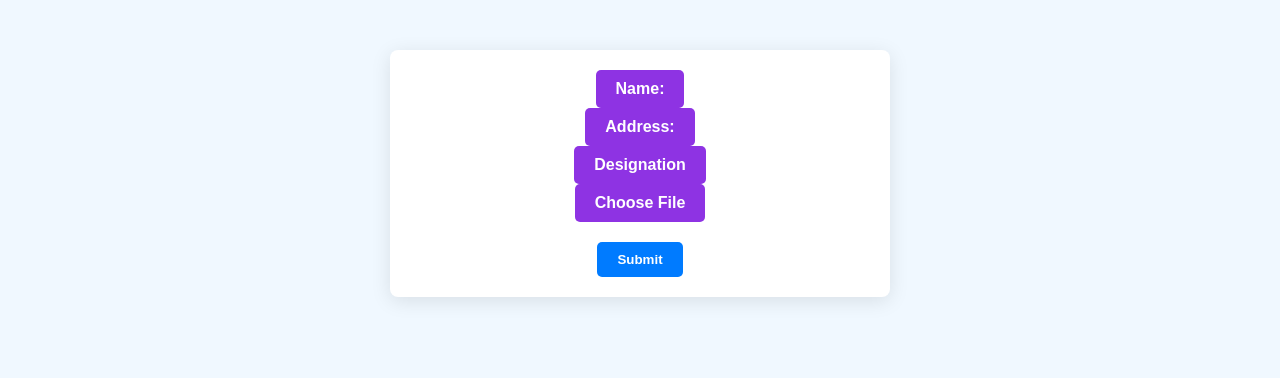
Repository: Muskan1Kumari4draw/React-app-with-concept
Page: /
The author's editor kept a copy of each file at every save. The page is drawn from the files as they stood at one save, then again after the next save.
The browser window is 1280 px wide. The pictures show the whole page.
The project was rebuilt for these pictures with package versions that can differ from the ones it lists, and the page was loaded fresh each time.

Above is the page before, as saved 2024-10-22 11:44:08.

After the next save:
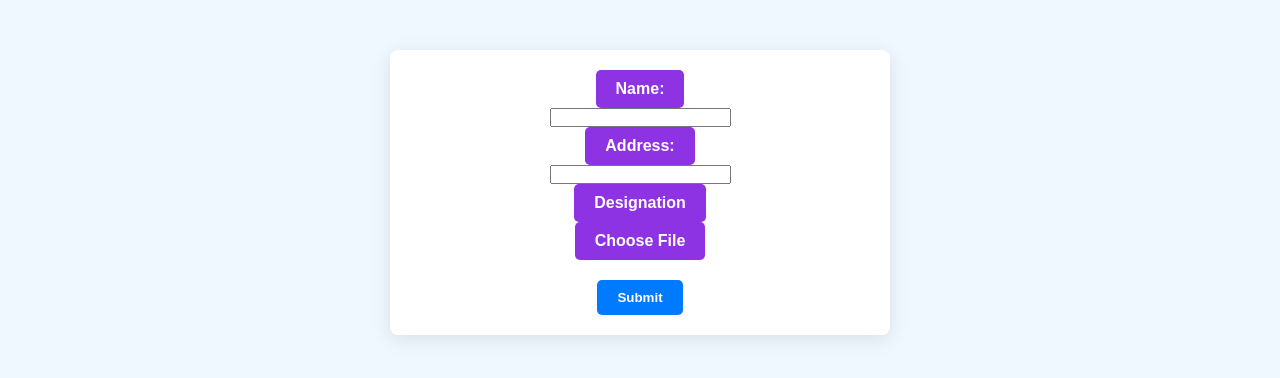
Saved 52 s later.
--- a/src/component/File-upload/FileUpload.js
+++ b/src/component/File-upload/FileUpload.js
@@ -7,30 +7,11 @@ const FileUpload = () => {
       <div className="container">
         <form className="form-control">
           <label className="label">Name:</label>
-          <input
-            className="form-control input"
-            type="file"
-            id="file"
-            name="file"
-          />
-          <label className="label" htmlFor="file">
-            Address:
-          </label>
-          <input
-            className="form-control input"
-            type="file"
-            id="file"
-            name="file"
-          />
-          <label className="label" htmlFor="file">
-            Designation
-          </label>
-          <input
-            className="form-control input"
-            type="file"
-            id="file"
-            name="file"
-          />
+          <input className="form-control input" type="text" id="" name="" />
+          <label className="label">Address:</label>
+          <input className="form-control input" type="text" id="" name="" />
+          <label className="label">Designation</label>
+          <input className="form-control input" type="file" id="" name="" />
           <label className="label" htmlFor="file">
             Choose File
           </label>
